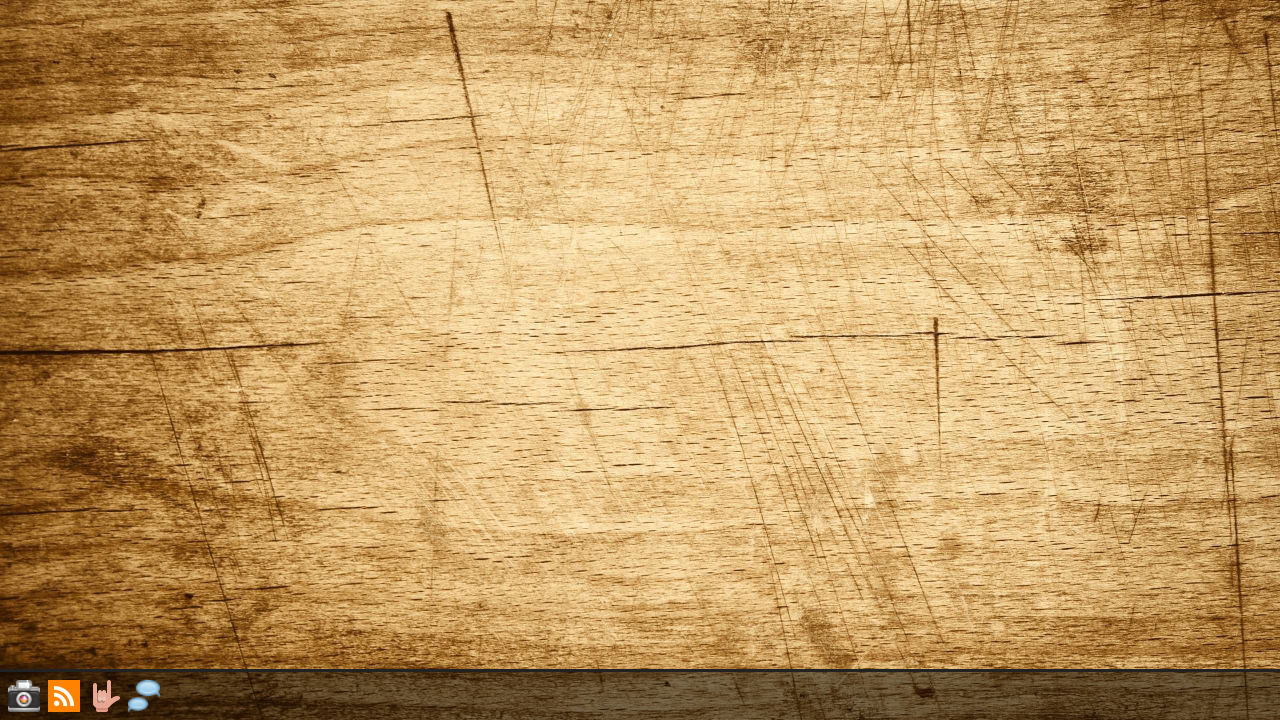
Repository: dv222bk/1dv403-laborationer
Page: 5-pwd/index.html
The author's editor kept a record of every edit. The page is drawn from the files as they stood at one moment, then again after the next edit.
The browser window is 1280 px wide. The pictures show the whole page.

Above is the page before.

After the next edit:
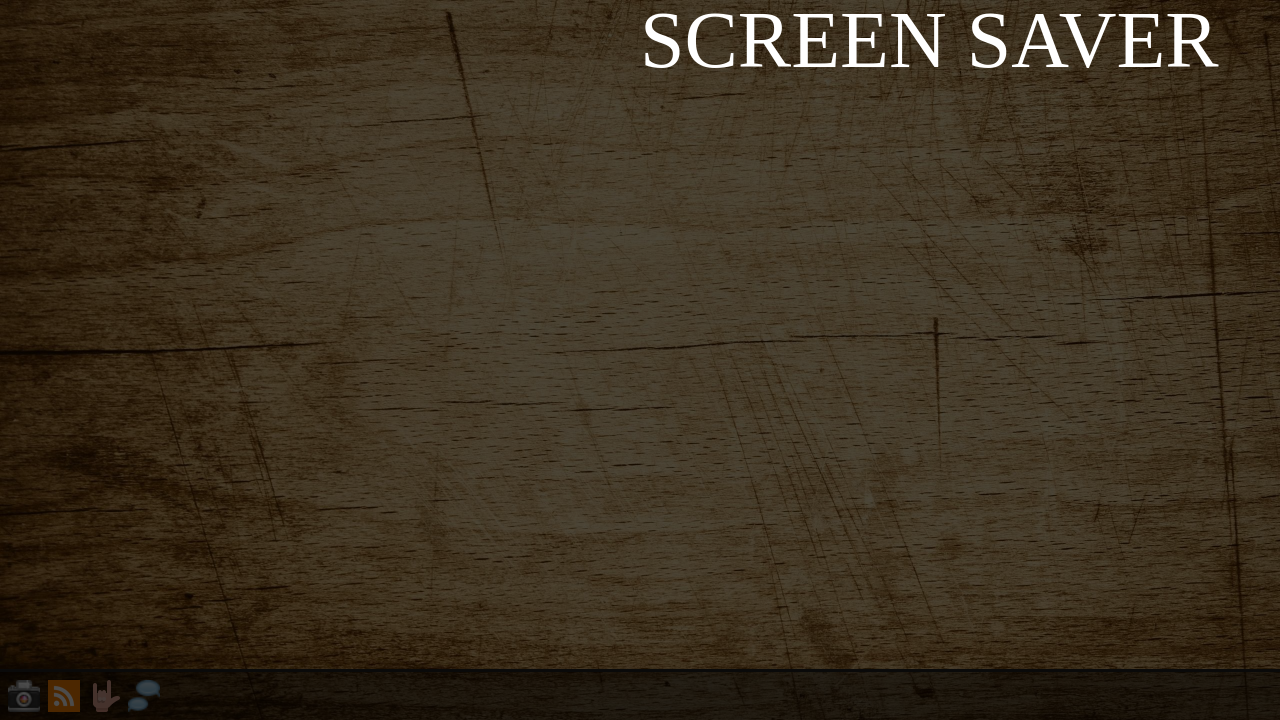
The edit:
--- a/5-pwd/DESKTOPAPP/script/desktop.js
+++ b/5-pwd/DESKTOPAPP/script/desktop.js
@@ -39,7 +39,7 @@
     lastWindowY = 20;
     zIndex = 1;
     idleTime = 0;
-    increaseIdleTimeInterval = setInterval(increaseIdleTime, 10000);
+    increaseIdleTimeInterval = setInterval(increaseIdleTime, 100);
     console.log(increaseIdleTimeInterval);
 
     document.onmousemove = function() {
